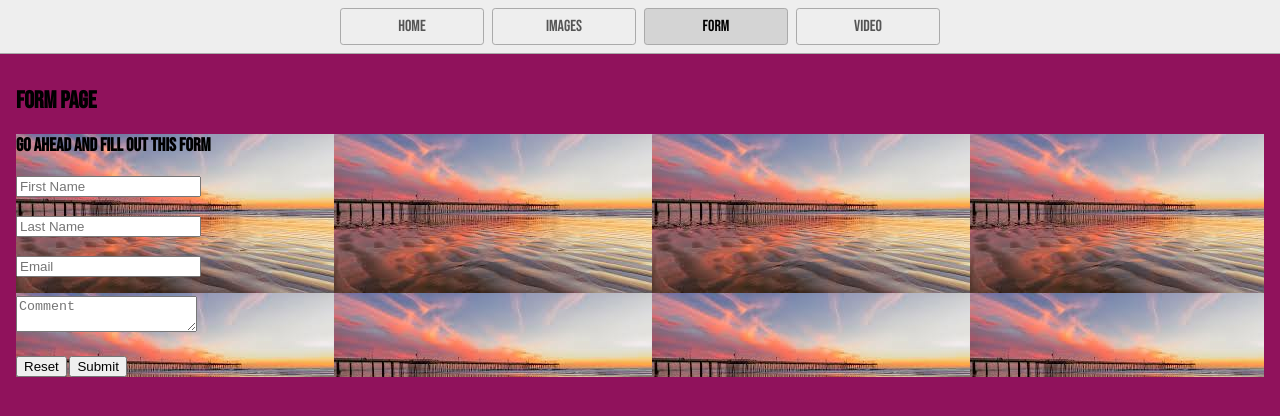
Repository: sebas6292/palmTree-Final
Page: Form.html
An editor plug-in stored every save of this project. The page is shown before and after the next save, followed by the edit.
The browser window is 1280 px wide. The pictures show the whole page.

Above is the page before, as saved 2023-05-28 12:12:48.

After the next save:
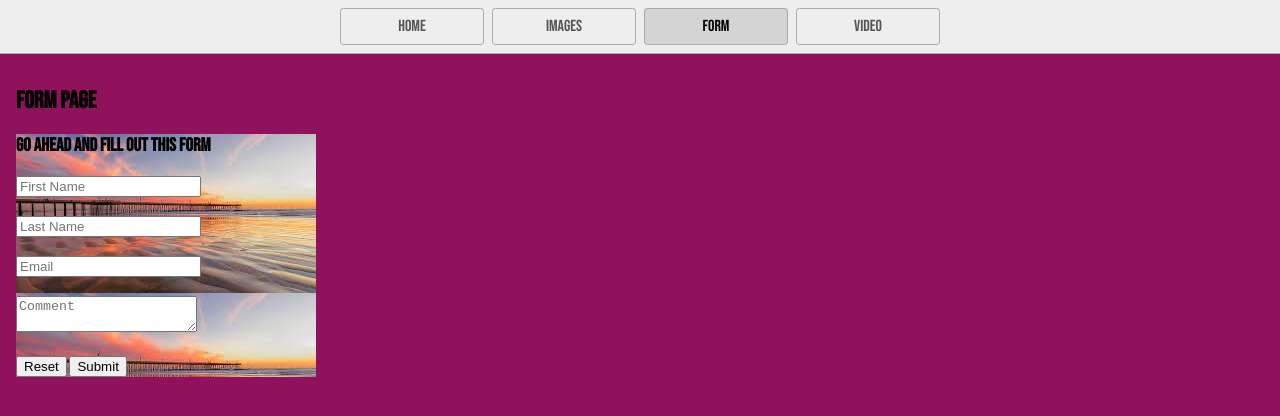
Saved 44 s later.
--- a/styles.css
+++ b/styles.css
@@ -58,7 +58,7 @@
 
   .bg-img {
     background-image: url('/Assets/pier.jpeg');
-    min-height: 180px;
+    width: 300px;
   }
 
   .btn:hover {
